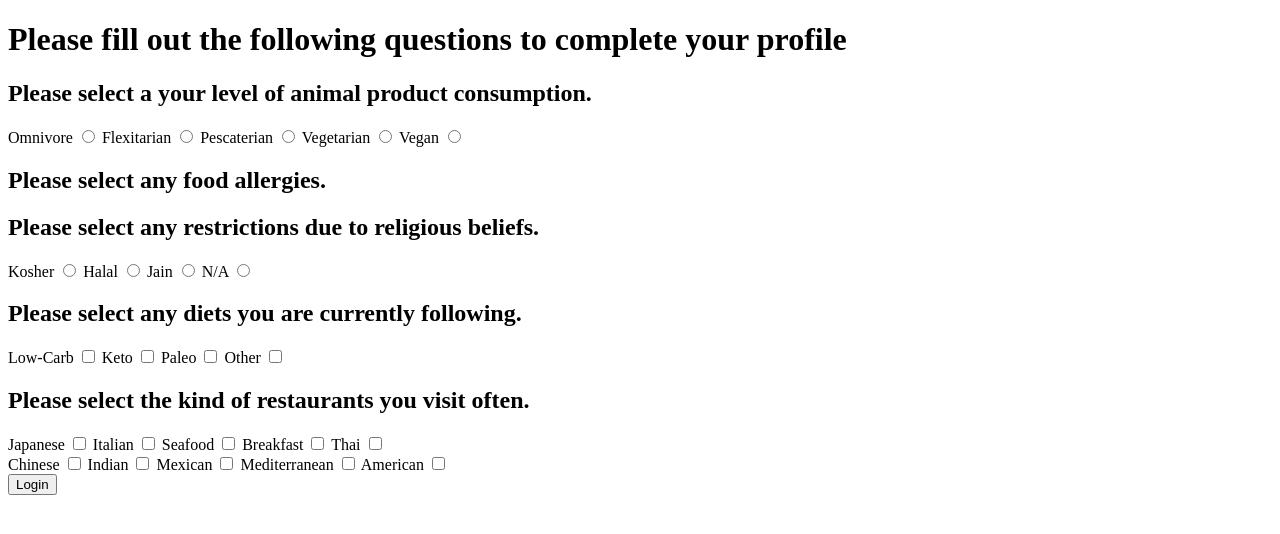
Repository: DataLuminescence/Documents
Page: http://localhost/choix/WEB-INF/userinfo.jsp
The author's editor kept a copy of each file at every save. The page is drawn from the files as they stood at one save, then again after the next save.
The browser window is 1280 px wide. The pictures show the whole page.
The page is served by Tomcat 9. Nobody is signed in. The template is opened directly, without the code that normally fills it, so the values that code supplies are empty.

Above is the page before, as saved 2022-04-29 17:56:18.

After the next save:
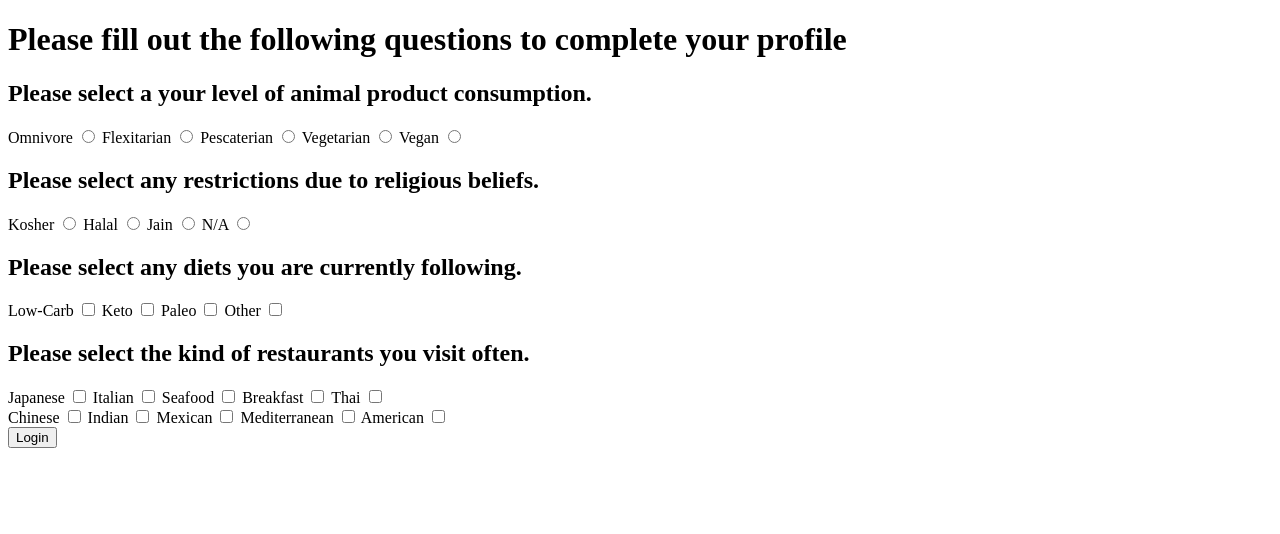
Saved 72 s later.
--- a/Java/Java Spring/choix/src/main/webapp/WEB-INF/userinfo.jsp
+++ b/Java/Java Spring/choix/src/main/webapp/WEB-INF/userinfo.jsp
@@ -31,10 +31,10 @@
 			<form:radiobutton path="animal" value="Vegan"/>
 		</div>
 
-		<h2>Please select any food allergies.</h2>
+<%-- 		<h2>Please select any food allergies.</h2>
 		<div>
 			<form:checkboxes items = "${allergiesList}" path="allergies"/>
-		</div>
+		</div> --%>
 		<%--
 		<div>
 			<form:label path="allergies">Shellfish</form:label>
